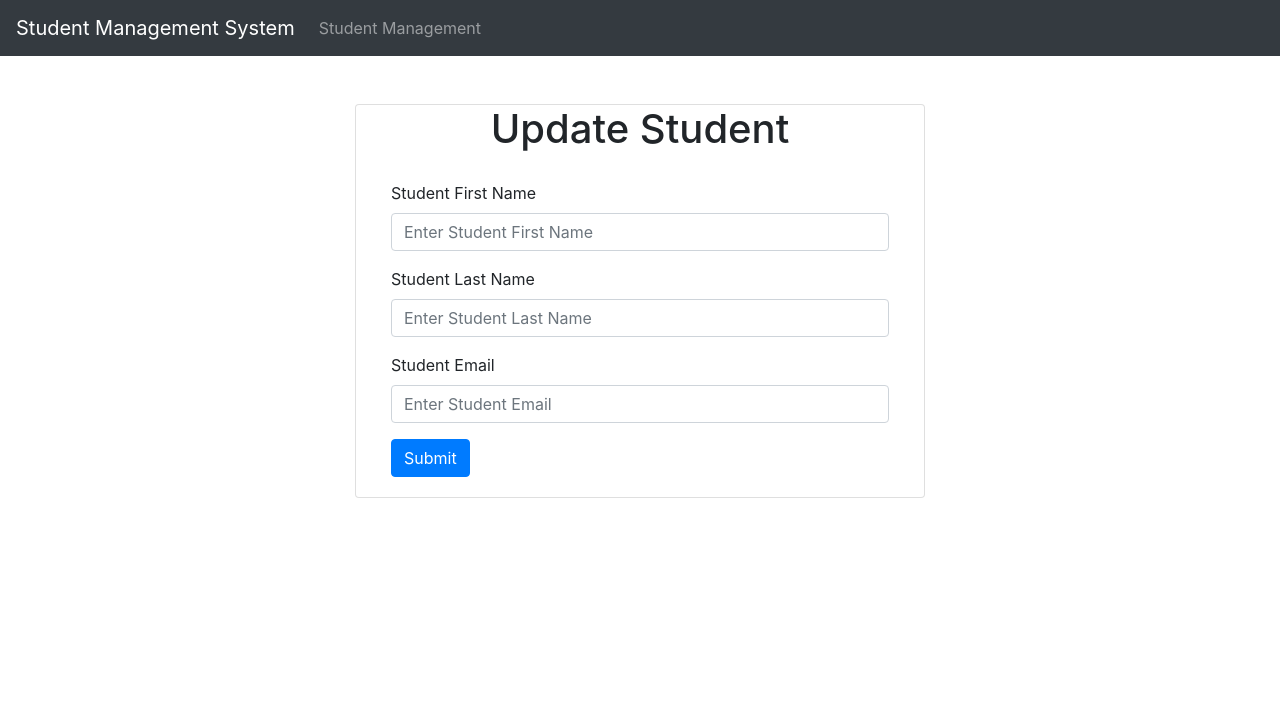
Repository: Luckysenapati/student-management-system
Page: http://localhost/edit_student
An editor plug-in stored every save of this project. The page is shown before and after the next save, followed by the edit.
The browser window is 1280 px wide. The pictures show the whole page.
The page is this project's Thymeleaf template; nobody is signed in. The template is opened directly, without the code that normally fills it, so the values that code supplies are empty.

Above is the page before, as saved 2024-12-22 15:55:57.

### springboot project Gr11/student-management-system/src/main/resources/templates/edit_student.html
<!DOCTYPE html>
<html xmlns:th="http://www.thymeleaf.org">
<head>
<meta charset="ISO-8859-1">
<title>Student Management System</title>
<link rel="stylesheet"
	href="https://maxcdn.bootstrapcdn.com/bootstrap/4.0.0/css/bootstrap.min.css"
	integrity="sha384-Gn5384xqQ1aoWXA+058RXPxPg6fy4IWvTNh0E263XmFcJlSAwiGgFAW/dAiS6JXm"
	crossorigin="anonymous">
</head>
<body>
<nav class="navbar navbar-expand-md bg-dark navbar-dark">
  <!-- Brand -->
  <a class="navbar-brand" href="#">Student Management System</a>

  <!-- Toggler/collapsibe Button -->
  <button class="navbar-toggler" type="button" data-toggle="collapse" data-target="#collapsibleNavbar">
    <span class="navbar-toggler-icon"></span>
  </button>

  <!-- Navbar links -->
  <div class="collapse navbar-collapse" id="collapsibleNavbar">
    <ul class="navbar-nav">
      <li class="nav-item">
        <a class="nav-link" th:href="@{/students}">Student Management</a>
      </li>
    </ul>
  </div>
</nav>
<br>
<br>
	<div class = "container">
		<div class = "row">
			<div class ="col-lg-6 col-md-6 col-sm-6 container justify-content-center card">
				<h1 class = "text-center"> Update Student </h1>
				<div class = "card-body">
					<form th:action="@{/students/{id} (id=${student.id})}" th:object = "${student}" method="POST">

						<div class ="form-group">
							<label> Student First Name </label>
							<input
							type = "text"
							name = "firstName"
							th:field = "*{firstName}"
							class = "form-control"
							placeholder="Enter Student First Name"
							/>
						</div>

						<div class ="form-group">
							<label> Student Last Name </label>
							<input
							type = "text"
							name = "lastName"
							th:field = "*{lastName}"
							class = "form-control"
							placeholder="Enter Student Last Name"
							/>
						</div>

						<div class ="form-group">
							<label> Student Email </label>
							<input
							type = "text"
							name = "email"
							th:field = "*{email}"
							class = "form-control"
							placeholder="Enter Student Email"
							/>
						</div>

						<div class = "box-footer">
							<button type="submit" class = "btn btn-primary">
								Submit
							</button>
						</div>
					</form>

				</div>
			</div>
		</div>
	</div>
</body>
</html>

After the next save:
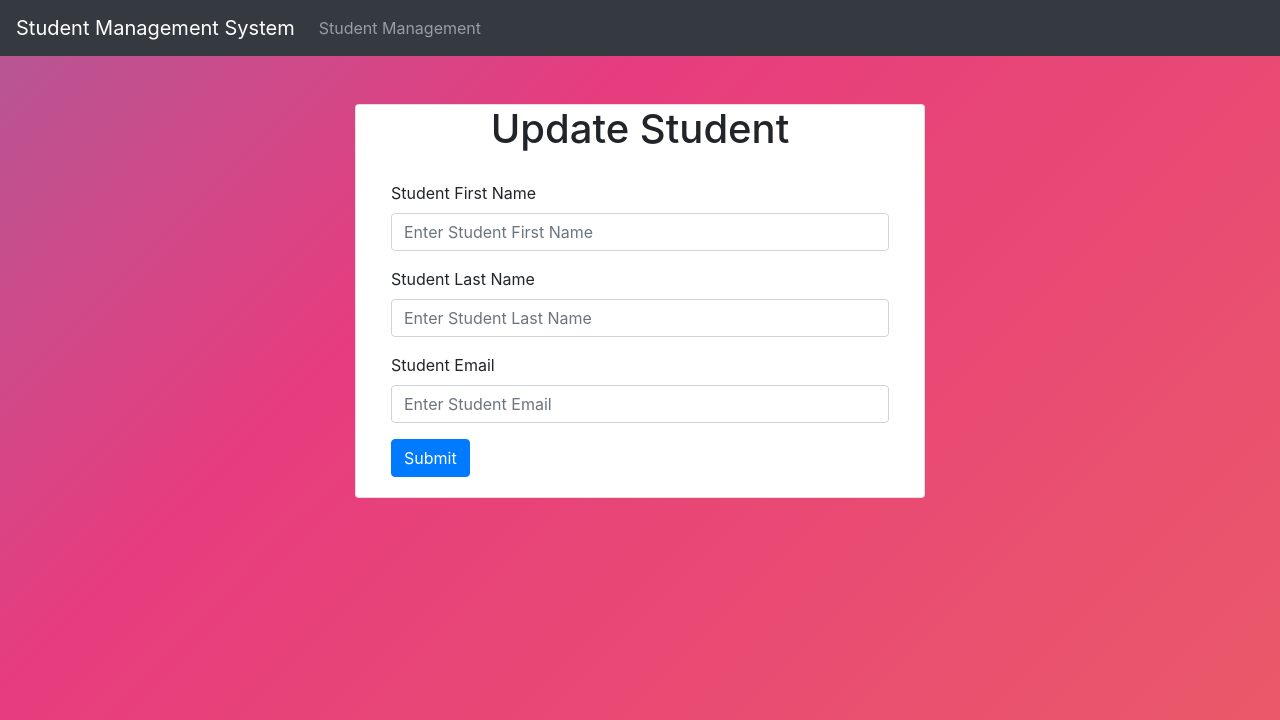
Saved 2 min 8 s later.
--- a/springboot project Gr11/student-management-system/src/main/resources/templates/edit_student.html
+++ b/springboot project Gr11/student-management-system/src/main/resources/templates/edit_student.html
@@ -7,6 +7,27 @@
 	href="https://maxcdn.bootstrapcdn.com/bootstrap/4.0.0/css/bootstrap.min.css"
 	integrity="sha384-Gn5384xqQ1aoWXA+058RXPxPg6fy4IWvTNh0E263XmFcJlSAwiGgFAW/dAiS6JXm"
 	crossorigin="anonymous">
+	<style>
+			body {
+				background: linear-gradient(-45deg, #ee7752, #e73c7e, #23a6d5, #23d5ab);
+				background-size: 400% 400%;
+				animation: gradient 15s ease infinite;
+				height: 100vh;
+			}
+
+			@keyframes gradient {
+				0% {
+					background-position: 0% 50%;
+				}
+				50% {
+					background-position: 100% 50%;
+				}
+				100% {
+					background-position: 0% 50%;
+				}
+			}
+
+		</style>
 </head>
 <body>
 <nav class="navbar navbar-expand-md bg-dark navbar-dark">
